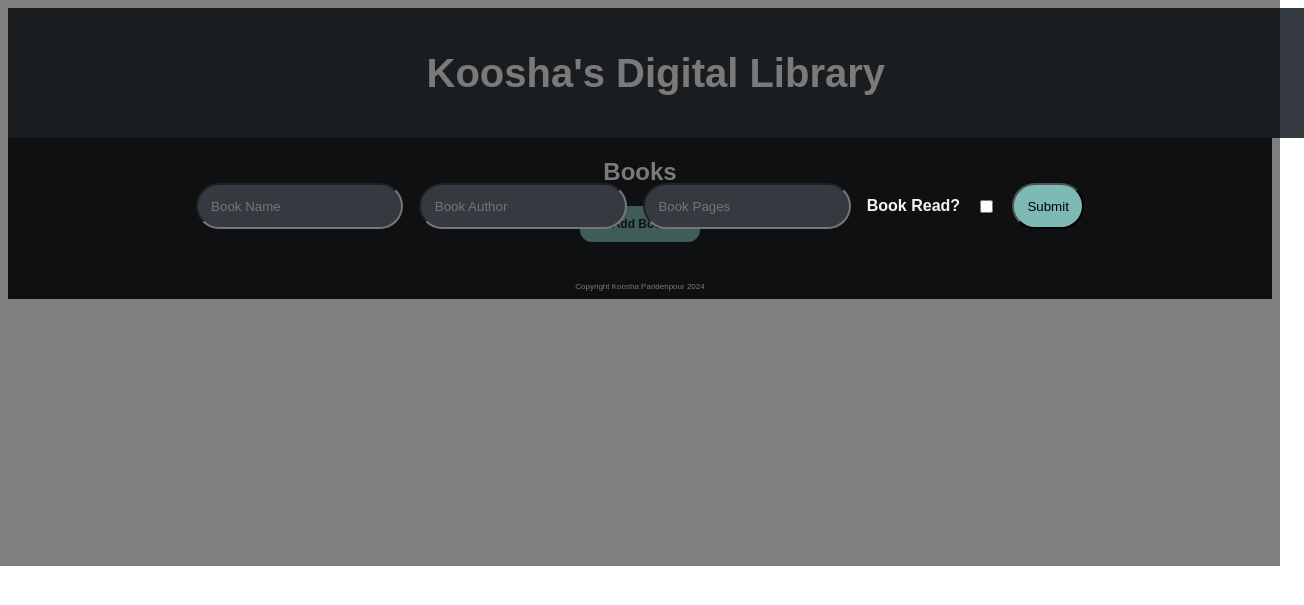
Repository: KooshaPari/odin-TTT
Page: index.html
These files come from the project's save history. The page is drawn as it stood at one moment and after the next save; the edit follows.
The browser window is 1280 px wide. The page is 1304 px wide, so the pictures cover 1304 px, including what lies to the right of the window. The pictures show the whole page.

Above is the page before, as saved 2024-03-14 21:52:32.
Console error: TypeError: Document.querySelector is not a function

After the next save:
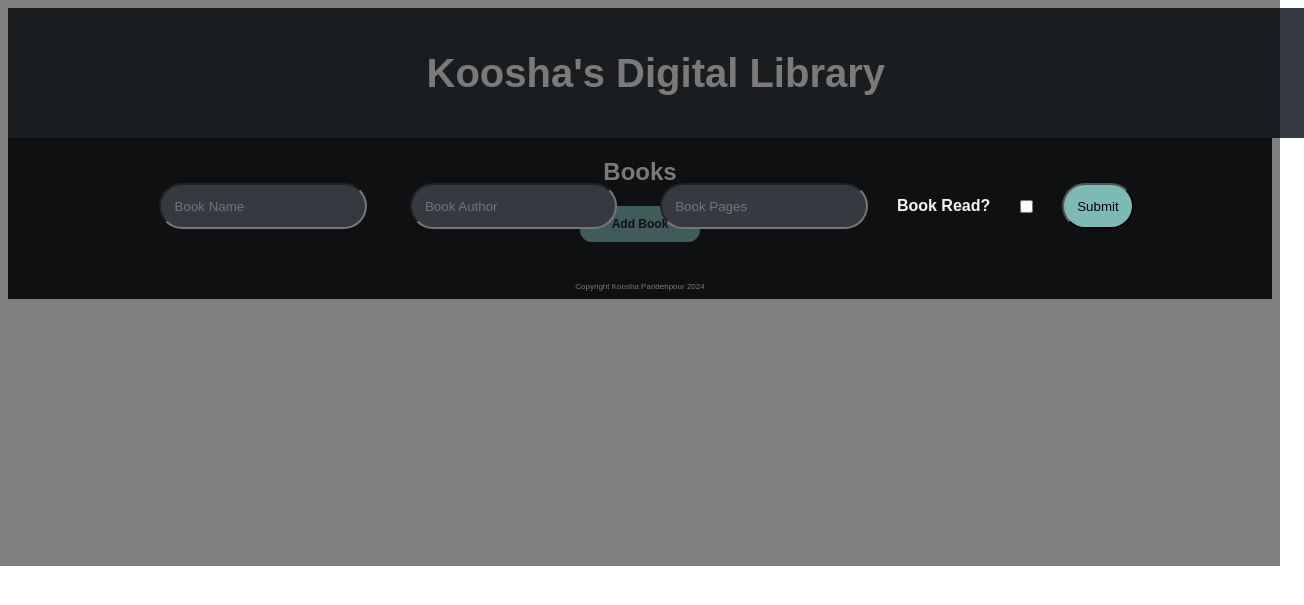
Saved 11 s later.
--- a/style.css
+++ b/style.css
@@ -75,6 +75,7 @@
   background-color: #3e6d67;
 }
 .inpForm {
+  margin: 1em;
   flex: 1;
   background-color: #353a40;
   padding: 1em;

After the save that followed:
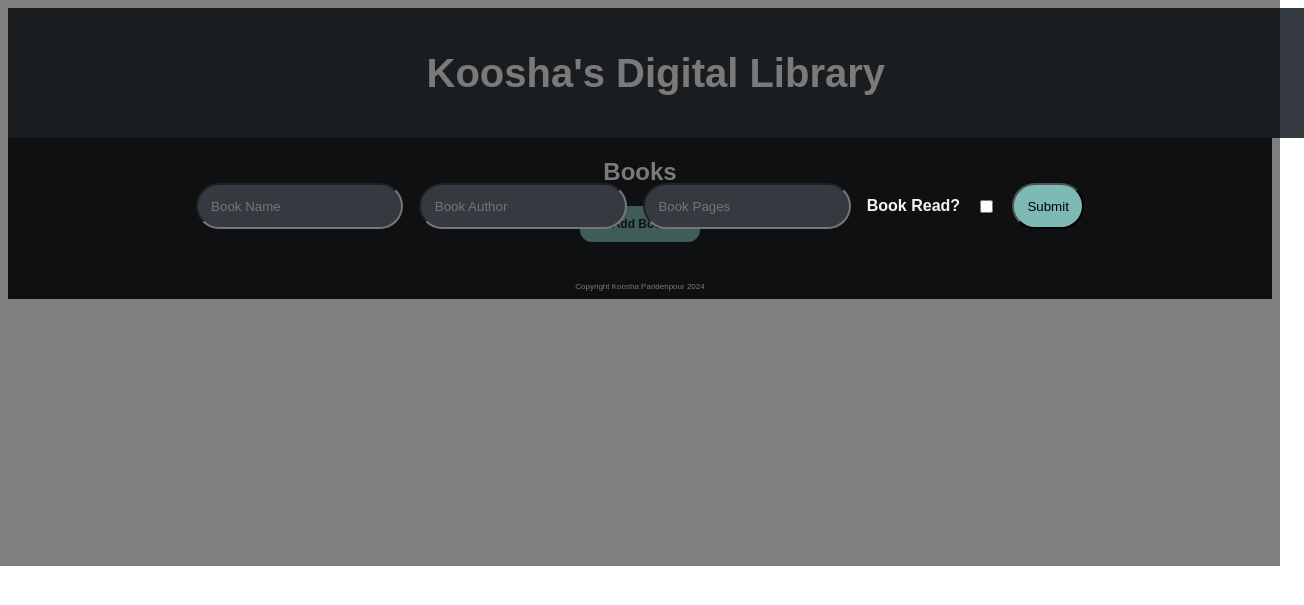
Saved 12 s later.
--- a/style.css
+++ b/style.css
@@ -54,6 +54,7 @@
   position: absolute;
   width: 100%;
   height: 100%;
+  margin: 1em;
   background-color: rgba(0, 0, 0, 0.5);
   align-items: center;
   justify-content: center;
@@ -75,7 +76,6 @@
   background-color: #3e6d67;
 }
 .inpForm {
-  margin: 1em;
   flex: 1;
   background-color: #353a40;
   padding: 1em;
